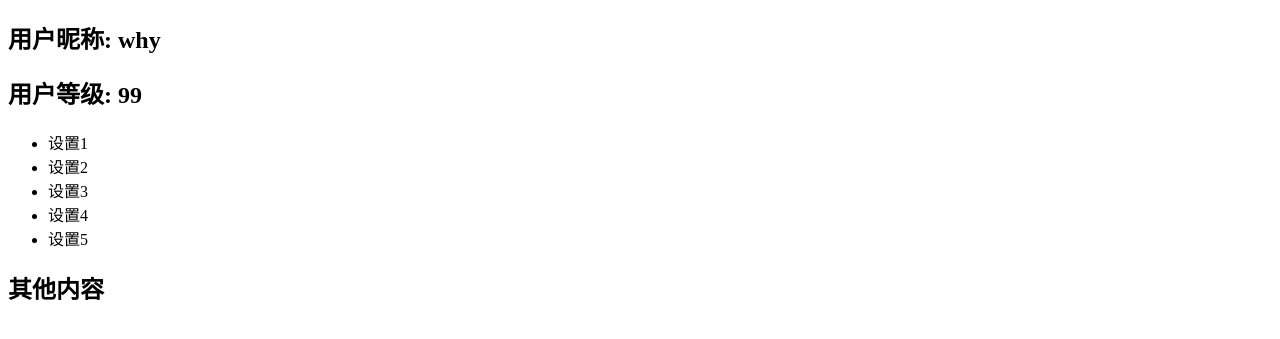
Repository: Hminister/learnReact
Page: /
These files come from the project's save history. The page is drawn as it stood at one moment and after a run of saves; the edit follows.
The browser window is 1280 px wide. The pictures show the whole page.
The project was rebuilt for these pictures with package versions that can differ from the ones it lists, and the page was loaded fresh each time. Also part of the build but not shown: src/tabcontrl.css.

Above is the page before, as saved 2020-08-20 18:02:23.

After the next 4 saves:
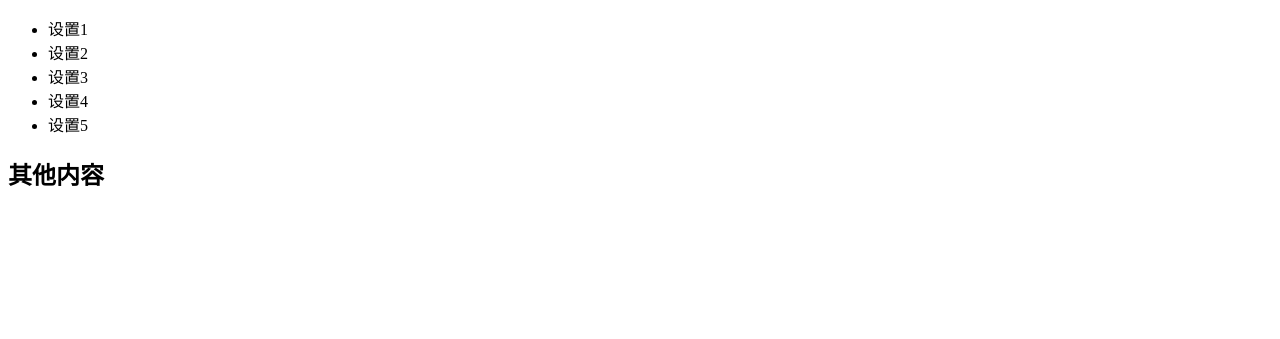
The 4 saves are shown as one change because 2 did not build or start and some came seconds apart.
The last was saved 96 s later.
--- a/src/app.js
+++ b/src/app.js
@@ -2,17 +2,33 @@
 
 const UserContext = React.createContext({ nickname: "默认", level: -1 })
 
-class ProfileHeader extends Component {
-    render () {
-        return (
-            <div>
-                <h2>用户昵称: {this.context.nickname}</h2>
-                <h2>用户等级: {this.context.level}</h2>
-            </div>
-        )
-    }
+// class ProfileHeader extends Component {
+//     render () {
+//         return (
+//             <div>
+//                 <h2>用户昵称: {this.context.nickname}</h2>
+//                 <h2>用户等级: {this.context.level}</h2>
+//             </div>
+//         )
+//     }
+// }
+
+function ProfileHeader (props) {
+
+    return (
+        <div>
+            <UserContext.Consumer>
+                {
+                    () => {
+
+                    }
+                }
+            </UserContext.Consumer>
+
+        </div>
+
+    )
 }
-
 ProfileHeader.contextType = UserContext;
 
 class Profile extends Component {

After the 6 saves that followed:
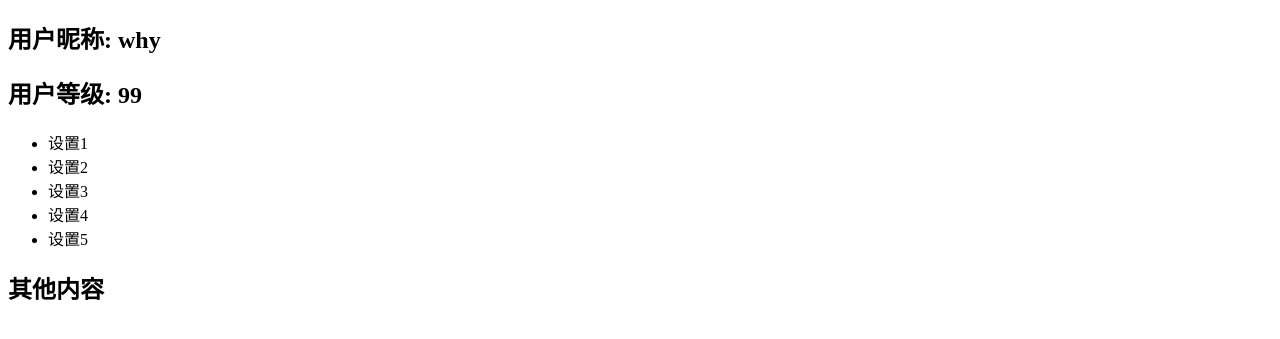
The 6 saves are shown as one change because 4 did not build or start and 1 left the picture as it was.
The last was saved 72 s later.
--- a/src/app.js
+++ b/src/app.js
@@ -19,8 +19,13 @@
         <div>
             <UserContext.Consumer>
                 {
-                    () => {
-
+                    (value) => {
+                        return (
+                            <div>
+                                <h2>用户昵称: {value.nickname}</h2>
+                                <h2>用户等级: {value.level}</h2>
+                            </div>
+                        )
                     }
                 }
             </UserContext.Consumer>
